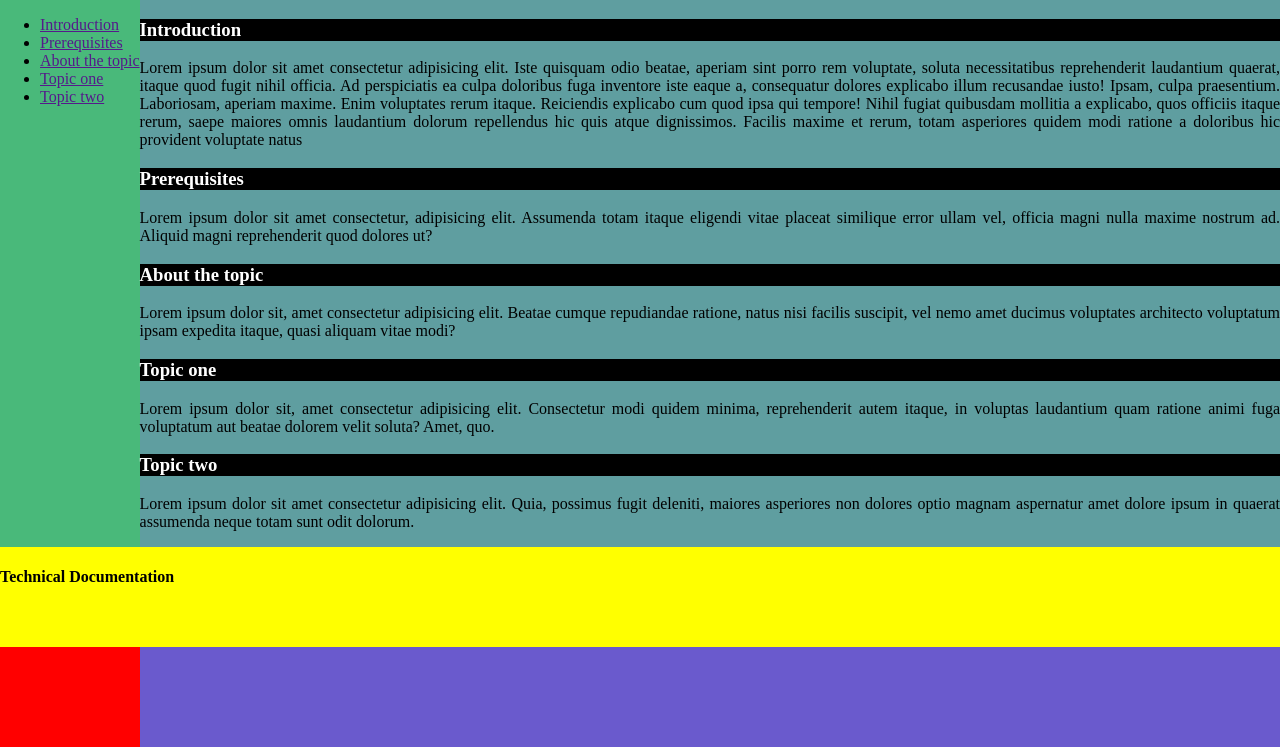
Repository: JoaoLemesDEV/Excercise-Tech-Documentation-Page
Page: index.html
These files come from the project's save history. The page is drawn as it stood at one moment and after the next save; the edit follows.
The browser window is 1280 px wide. The pictures show the whole page.

Above is the page before, as saved 2021-10-03 21:41:33.

### index.html
<!DOCTYPE html>
<html lang="en">
  <head>
    <meta charset="UTF-8" />
    <meta http-equiv="X-UA-Compatible" content="IE=edge" />
    <meta name="viewport" content="width=device-width, initial-scale=1.0" />
    <title>Technical Documentaion</title>
    <link rel="stylesheet" href="index.css" />
  </head>
  <body>
    <div class="wrapper">
      <header><h4>Technical Documentation</h4></header>
      <aside>
        <nav>
          <ul>
            <li><a href="">Introduction</a></li>
            <li><a href="">Prerequisites</a></li>
            <li><a href="">About the topic</a></li>
            <li><a href="">Topic one</a></li>
            <li><a href="">Topic two</a></li>
          </ul>
        </nav>
      </aside>
      <main>
        <section id="introduction">
          <h3 style="background: black; color: white">Introduction</h3>
          <p>
            Lorem ipsum dolor sit amet consectetur adipisicing elit. Iste
            quisquam odio beatae, aperiam sint porro rem voluptate, soluta
            necessitatibus reprehenderit laudantium quaerat, itaque quod fugit
            nihil officia. Ad perspiciatis ea culpa doloribus fuga inventore
            iste eaque a, consequatur dolores explicabo illum recusandae iusto!
            Ipsam, culpa praesentium. Laboriosam, aperiam maxime. Enim
            voluptates rerum itaque. Reiciendis explicabo cum quod ipsa qui
            tempore! Nihil fugiat quibusdam mollitia a explicabo, quos officiis
            itaque rerum, saepe maiores omnis laudantium dolorum repellendus hic
            quis atque dignissimos. Facilis maxime et rerum, totam asperiores
            quidem modi ratione a doloribus hic provident voluptate natus
          </p>
        </section>
        <section id="Prerequisites">
          <h3 style="background: black; color: white">Prerequisites</h3>
          <p>
            Lorem ipsum dolor sit amet consectetur, adipisicing elit. Assumenda
            totam itaque eligendi vitae placeat similique error ullam vel,
            officia magni nulla maxime nostrum ad. Aliquid magni reprehenderit
            quod dolores ut?
          </p>
        </section>
        <section id="about the topic">
          <h3 style="background: black; color: white">About the topic</h3>
          <p>
            Lorem ipsum dolor sit, amet consectetur adipisicing elit. Beatae
            cumque repudiandae ratione, natus nisi facilis suscipit, vel nemo
            amet ducimus voluptates architecto voluptatum ipsam expedita itaque,
            quasi aliquam vitae modi?
          </p>
        </section>
        <section id="topic one">
          <h3 style="background: black; color: white">Topic one</h3>
          <p>
            Lorem ipsum dolor sit, amet consectetur adipisicing elit.
            Consectetur modi quidem minima, reprehenderit autem itaque, in
            voluptas laudantium quam ratione animi fuga voluptatum aut beatae
            dolorem velit soluta? Amet, quo.
          </p>
        </section>
        <section id="topic two">
          <h3 style="background: black; color: white">Topic two</h3>
          <p>
            Lorem ipsum dolor sit amet consectetur adipisicing elit. Quia,
            possimus fugit deleniti, maiores asperiores non dolores optio magnam
            aspernatur amet dolore ipsum in quaerat assumenda neque totam sunt
            odit dolorum.
          </p>
        </section>
      </main>
      <footer></footer>
    </div>
  </body>
</html>

### index.css
html body{
  margin: 0;
  padding: 0;
  box-sizing: border-box;
  background-color: slateblue;

}
.wrapper {
    display: grid;
    //grid-template-columns: 100px 100px 200px;
    //grid-template-rows: 150px 150px;
}

header{
  background-color: yellow;
  height: 100px;
  grid-column-start: 1;
  grid-column-end: 3;
}

aside{
background-color: rgb(73, 185, 122);
grid-row-start: 1;
grid-row-end: 2;
}

main{
  background-color: cadetblue;
  text-align: justify;
  grid-row-start: 1;
  grid-row-end: 2;
}

footer{
  background-color: red;
  height: 100px;
}

After the next save:
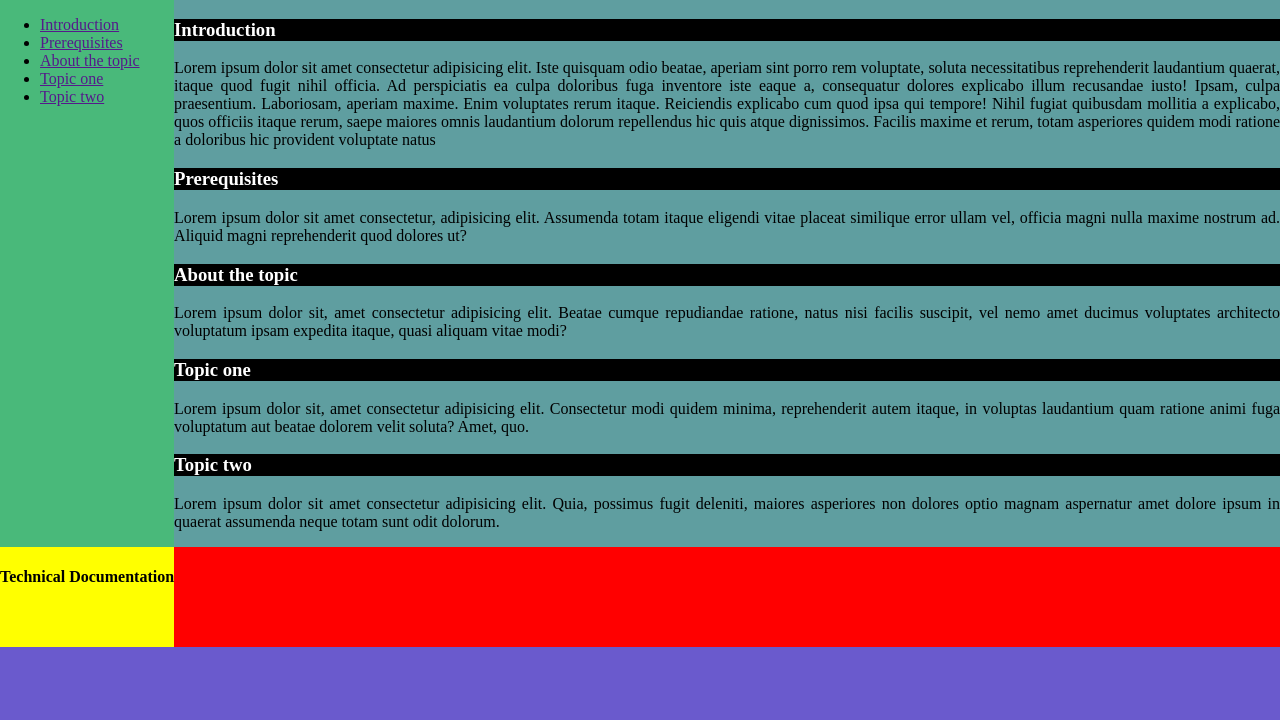
Saved 40 s later.
--- a/index.css
+++ b/index.css
@@ -15,7 +15,7 @@
   background-color: yellow;
   height: 100px;
   grid-column-start: 1;
-  grid-column-end: 3;
+  grid-column-end: 2;
 }
 
 aside{

After the save that followed:
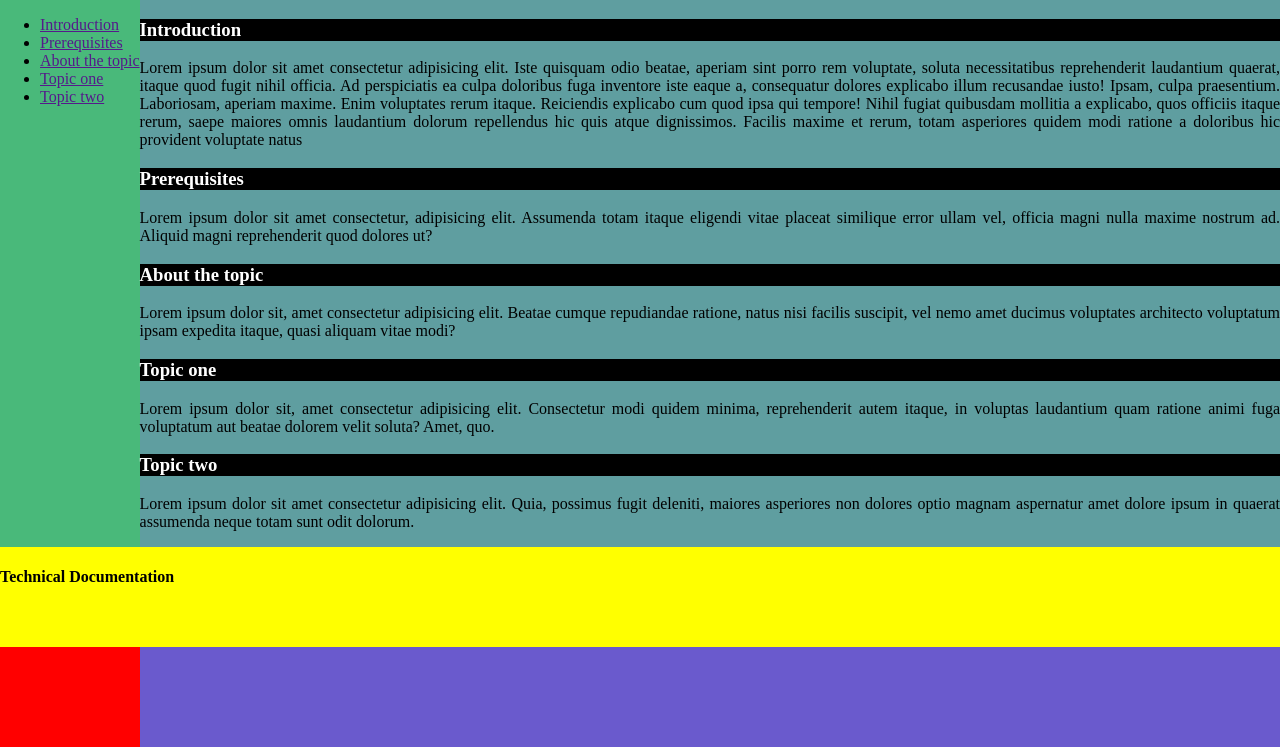
Saved 5 s later.
--- a/index.css
+++ b/index.css
@@ -15,7 +15,7 @@
   background-color: yellow;
   height: 100px;
   grid-column-start: 1;
-  grid-column-end: 2;
+  grid-column-end: 3;
 }
 
 aside{
